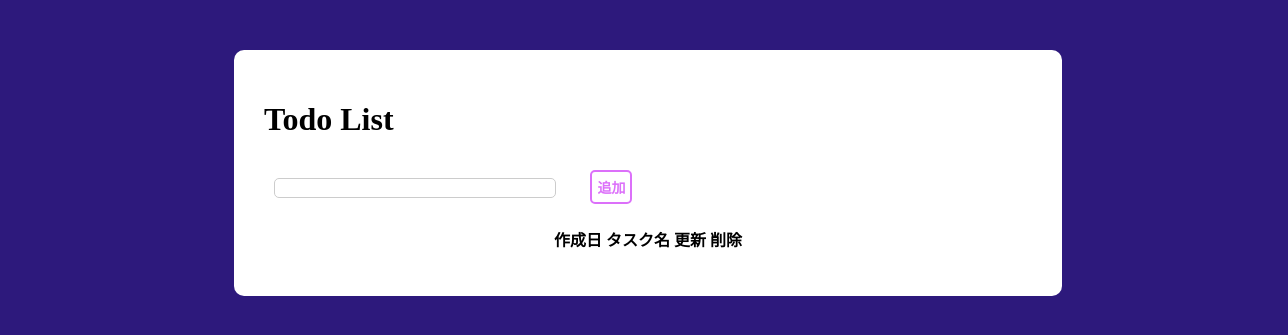
Repository: oninopantsu/20210529onoma
Page: http://localhost/todo/create
The author's editor kept a copy of each file at every save. The page is drawn from the files as they stood at one save, then again after a run of saves.
The browser window is 1280 px wide. The page is 1288 px wide, so the pictures cover 1288 px, including what lies to the right of the window. The pictures show the whole page.
The page is served by the project's Laravel application, run on PHP 8.4 with Laravel 8. Queries for data that is not in the repository find no rows.

Above is the page before, as saved 2021-06-05 16:43:20.

After the next 5 saves:
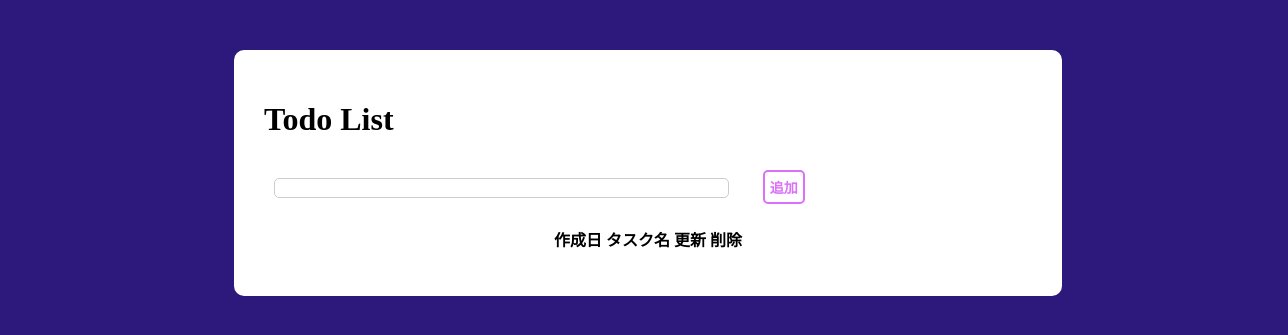
The 5 saves are shown as one change because they came seconds apart.
The last was saved 15 s later.
--- a/resources/views/index.blade.php
+++ b/resources/views/index.blade.php
@@ -38,7 +38,6 @@
     }
 
     .newlist {
-      width: 60%;
       padding: 10px;
     }
     .list{
